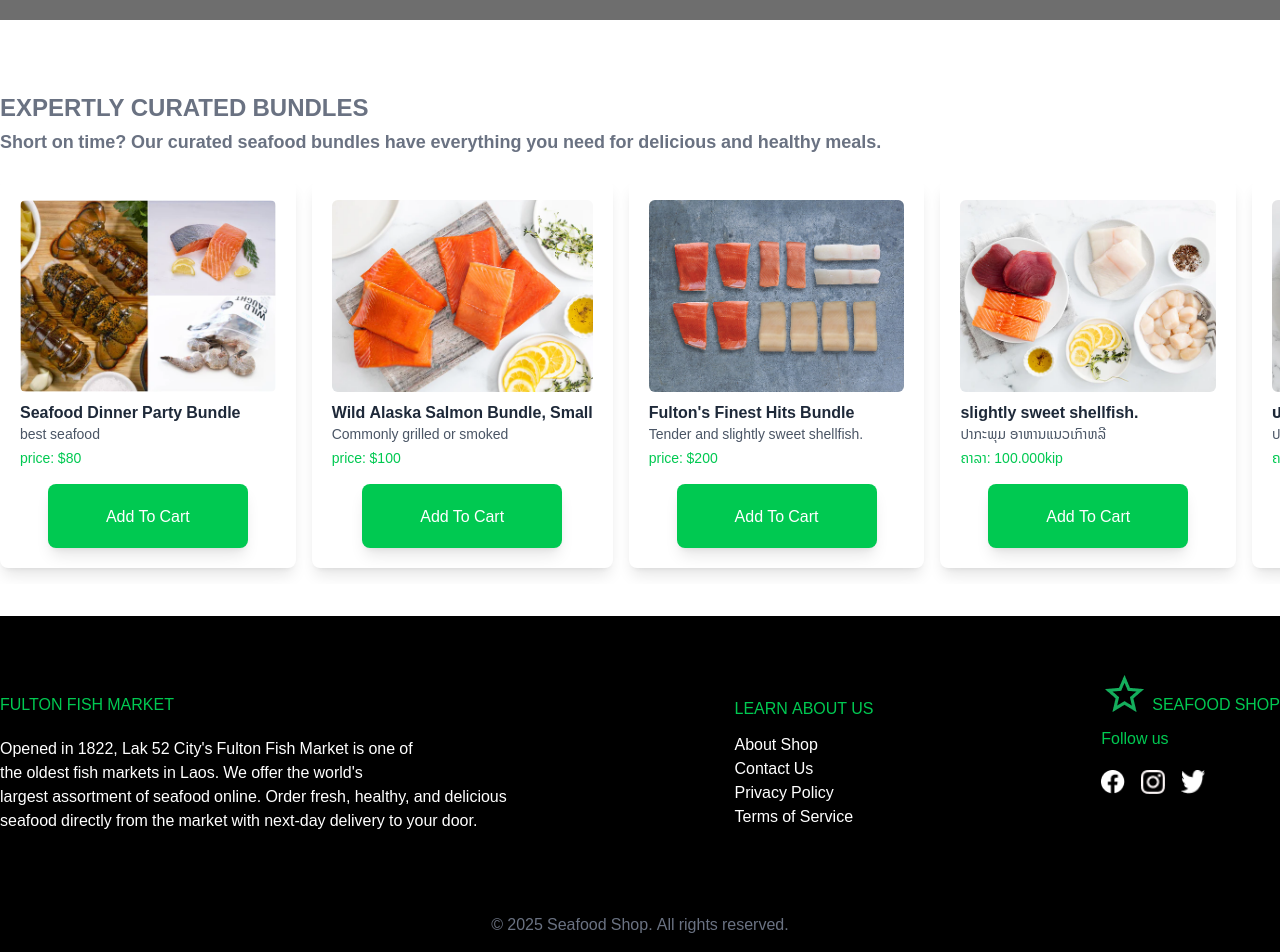
Repository: KongRucifer/SeaFood-Shop
Page: /modules/home/views
The author's editor kept a copy of each file at every save. The page is drawn from the files as they stood at one save, then again after the next save.
The browser window is 1280 px wide. The pictures show the part of the page from y = 2332 to 3284 px (the page is 3284 px tall).
Pictures or frames that could not be fetched are drawn as grey boxes. The project was rebuilt for these pictures with package versions that can differ from the ones it lists, and the page was loaded fresh each time. The framework's server and built-in components were replaced by stand-ins that run in the browser. Also part of the build but not shown: next.config.ts.

Above is the page before, as saved 2025-06-25 20:31:05.

### src/app/layout.tsx
import type { Metadata } from "next";
import { Geist, Geist_Mono } from "next/font/google";
import "./globals.css";
import Navbar from "@/app/components/Navbar";
import Footer from "@/app/components/Footer";
import { Noto_Sans_Lao } from 'next/font/google';
 const geistSans = Geist({
  variable: "--font-geist-sans",
  subsets: ["latin"],
});

const geistMono = Geist_Mono({
  variable: "--font-geist-mono",
  subsets: ["latin"],
});
const notoSansLao = Noto_Sans_Lao({
  subsets: ['lao'],
  weight: ['400', '700'],
  variable: '--font-noto-sans-lao',
  display: 'swap',
});
export const metadata: Metadata = {
  title: "ຮ້ານຂາຍອາຫານທະເລ - ໜ້າທຳອິດ | Seafood Shop",
  description:
    "ຮ້ານຂາຍອາຫານທະເລອອນໄລ ໜ້າທຳອິດ ລວມອາຫານທະເລຫຼາກຫຼາຍ ເຊັ່ນ ປາ, ປູ, ກຸ້ງ ແລະ ອາຫານທະເລອື່ນໆ ສາມາດສັ່ງຊື້ໃນເວັບໄຊໄດ້ ມີບໍລິການສົ່ງໄປເຖີງທີ່ ສາມາດເຮັດ ການໂອນເງິນ ທີ່ເວັບໄຊທ໌ຂອງພວກເຮົາ",
  keywords:
    "ອາຫານທະເລ ອອນໄລ, ຮ້ານຂາຍອາຫານທະເລ, ສັ່ງອາຫານທະເລ, ອາຫານທະເລສົ່ງໄວທັນໃຈ",
  authors: [{ name: "kong mong thao" }],
  publisher: "Super Shop SeaFood",
  robots: {
    index: true,
    follow: true,
  },
  openGraph: {
    title: "ຮ້ານຂາຍອາຫານທະເລ - ໜ້າທຳອິດ | Seafood Shop",
    description:
      "ສັ່ງຊື້ອາຫານທະເລ ລາຄາຖືກ ສົ່ງໄວ ທັນໃຈ ສາມາດໂອນເງີນ ປາຍທາງໄດ້",
    url: "http://localhost:3000/images/fish.jpeg",
    siteName: "Seafood Shop",
    locale: "th_TH",
    type: "website",
    images: [
      {
        url: "http://localhost:3000/images/myshopSeafood.jpeg",
        width: 1200,
        height: 630,
        alt: "Food Shop Image",
      },
    ],
  },
  twitter: {
    card: "summary_large_image",
    title: "ຮ້ານຂາຍອາຫານທະເລ - ໜ້າທຳອິດ | Seafood Shop",
    description:
      "ສັ່ງຊື້ອາຫານທະເລ ລາຄາຖືກ ສົ່ງໄວ ທັນໃຈ ມີບໍລິການໂອນເງີນ ປາຍທາງ",
    images: ["http://localhost:3000/images/seafood2.jpeg"],
  },
  alternates: {
    canonical: "https://yourdomain.com/",
  },

}
export const viewport = {
  width: 'device-width',
  initialScale: 1,
};
export default function RootLayout({
  children,
}: Readonly<{
  children: React.ReactNode;
}>) {
  return (
    <html lang="lo" className={notoSansLao.variable}>
      <body
        className={`${geistSans.variable} ${geistMono.variable} antialiased`}
      >
        <Navbar />
        {children}
        <Footer />
      </body>
    </html>
  );
}

### src/app/modules/home/views/page.tsx
import Banner from "@/app/modules/home/components/Banner.component";
import Best_Sellers from "@/app/modules/home/components/Best_Sellers.component";
import Popular_Shellfish from "@/app/modules/home/components/Popular_Shellfish.component";
import Fulton_Finsider from "@/app/modules/home/components/Fulton_Finsider.component";
import Healthy_Meals from "@/app/modules/home/components/Healthy_Meals.component";
export default function Home() {
  return (
    <div className="flex flex-col items-center justify-center ">
      <Banner />
      <Best_Sellers />
      <Popular_Shellfish />
      <Fulton_Finsider />
      <Healthy_Meals />
    </div>
  );
}

### src/app/globals.css
 @import "tailwindcss";
 body {
  font-family: var(--font-noto-sans-lao), sans-serif;
}
@keyframes upDown {
  0% {
    transform: translateY(0);
  }
  50% {
    transform: translateY(-10px);
  }
  100% {
    transform: translateY(0);
  }
}

.hover-updown:hover {
  animation: upDown 1s ease-in-out infinite;
}

### src/app/components/Navbar.tsx
import Link from "next/link";

export default async function Navbar() {
  return (
    <nav className="bg-white border-gray-200 dark:bg-gray-900 shadow-md fixed top-0 left-0 z-50 w-full">
      <div className="container mx-auto">
      <div className=" flex flex-wrap items-center justify-between  p-4">
        <div className="flex items-center">
          <img
            src="/images/lets-icons_shop.png"
            className="h-8 mr-3"
            alt="Seafood Shop Logo"
          />
          <span className="self-center text-2xl font-semibold whitespace-nowrap dark:text-white">
            Seafood Shop
          </span>
        </div>
        <div className="flex justify-center items-center md:order-2 gap-10">
          <Link href="/" className="-pb-1 border-b-2 border-transparent hover:border-green-500 transition">Home</Link>
          <Link href="/" className="-pb-1 border-b-2 border-transparent hover:border-green-500 transition">About Shop</Link>
          <Link href="/" className="-pb-1 border-b-2 border-transparent hover:border-green-500 transition">Contact Us</Link>
          <Link href="/" className="border border-green-500 text-green-500 px-4 py-2 rounded hover:bg-green-50 transition">
            Sign Up
          </Link>
          <Link href="/" className="border border-green-500 text-green-500 px-4 py-2 rounded hover:bg-green-50 transition">
            Sign In
          </Link>
        </div>
      </div>
      </div>
    </nav>
  );
}

### src/app/components/Footer.tsx

export default async function Footer() {
  return (
    <footer className="bg-black dark:bg-gray-900">
      <div className="max-w-screen-xl mx-auto container pt-4 pb-4 sm:items-center">
        <div>

        <div className="flex flex-col  md:flex-row justify-between  items-start md:items-center space-y-4 md:space-y-0 md:space-x-8 text-white mb-20 mt-15">
           <div>
             <h3 className="mb-5 text-green-500">FULTON FISH MARKET</h3>
           <div>
            <p className="text-md">Opened in 1822, Lak 52 City's Fulton Fish Market is one of  </p>
            <p className="text-md">the oldest fish markets in Laos. We offer the world&apos;s</p>
            <p className="text-md">largest assortment of seafood online. Order fresh, healthy, and delicious</p>
            <p className="text-md"> seafood directly from the market with next-day delivery to your door.</p>
           </div>
           </div>
           <div>
             <h3 className="mb-3 text-green-500 ">LEARN ABOUT US</h3>
           <div>
            <ul>
              <li className="cursor-pointer hover:text-gray-300 transition">About Shop</li>
              <li className="cursor-pointer hover:text-gray-300 transition" >Contact Us</li>
              <li className="cursor-pointer hover:text-gray-300 transition" >Privacy Policy</li>
              <li className="cursor-pointer hover:text-gray-300 transition">Terms of Service</li>
            </ul>
           </div>
           </div>
           <div className="xl:-mt-10 lg:-mt-10 sm:mt-10 md:-mt-13    ">
             <div className="mb-2 text-green-500 flex items-center gap-1"><img  src="/images/star.png" alt="no image star"  className="-mt-5" /><h3>SEAFOOD SHOP</h3></div>
           <div>
             <h3 className="mb-5 text-green-500 items-center">Follow us</h3>
              <ul className="flex space-x-4 content-center">
                <li>
                  <a href="https://www.facebook.com" target="_blank" rel="noopener noreferrer">
                    <img  src="/images/facebook.png"  alt="Facebook" className="w-6 h-6" />
                  </a>
                </li>
                <li>
                  <a href="https://www.instagram.com" target="_blank" rel="noopener noreferrer">
                    <img  src="/images/instagram.png"  alt="Instagram" className="w-6 h-6" />
                  </a>
                </li>
                <li>
                  <a href="https://www.twitter.com" target="_blank" rel="noopener noreferrer">
                    <img  src="/images/twitter.png"  alt="Twitter" className="w-6 h-6" />
                  </a>
                </li>
               </ul>
           </div>
           </div>
        </div>
        <div className="text-center text-gray-500 dark:text-gray-400">
          © {new Date().getFullYear()} Seafood Shop. All rights reserved.
        </div>
        </div>
      </div>
    </footer>
  ); }

### src/app/modules/home/components/Banner.component.tsx
import Image  from 'next/image';
export default async function Banner() {
  return (
    <div className="relative w-full h-130 r overflow-hidden mb-10">
  <img
    src="/images/food.jpg"
    alt="no image seafood"
    className="absolute inset-0 w-full h-full object-cover opacity-60"
  />
  <h1 className="relative z-10 flex items-center justify-center h-full text-4xl font-bold text-gray-700">
    Welcome to Seafood Shop
  </h1>
</div>
  );
}

### src/app/modules/home/components/Fulton_Finsider.component.tsx
import Image from "next/image";
export default async function Fulton_Finsider() {
  return (
    <div className="relative w-full h-[40rem] overflow-hidden mb-10">
      <div>
        <img
          src="/images/celender2.png"
          alt="Seafood background"
          className="absolute  w-full h-full object-cover"
        />
      </div>

      <div className="relative z-10 flex flex-col md:flex-row items-center justify-start h-full text-center px-4 md:px-10 text-gray-800 bg-black/30 ">
        <div className="max-w-sm  rounded-xl p-6 m-4 shadow-lg">
          <div className="w-20 h-20 bg-white rounded-full flex items-center justify-center mx-auto mb-4 shadow ">
            <img
              src="/images/puss.png"
              alt="Seafood Icon"
              className="w-12 h-12 hover-updown"
            />
          </div>
          <h2 className="text-xl font-semibold mb-2">Dive In & Explore</h2>
          <p className="text-sm mb-2 text-gray-300">
            Craving buttery scallops, sushi-grade tuna, or wild-caught salmon?
            We’ve got the best, chef-quality seafood ready for your table!
          </p>
          <p className="text-sm mb-4 font-medium text-white">
            Pro Tip: Not sure what to try first?
          </p>
          <button className="px-4 py-2 bg-white border border-gray-300 text-gray-600 rounded hover:bg-gray-100 transition">
            OUR BEST SELLERS
          </button>
        </div>

        <div className="max-w-sm  rounded-xl p-6 m-4 shadow-lg">
          <div className="w-20 h-20 bg-white rounded-full flex items-center justify-center mx-auto mb-4 shadow ">
            <img
              src="/images/pass.png"
              alt="Seafood Icon"
              className="w-12 h-12 hover-updown"
            />
          </div>
          <h2 className="text-xl font-semibold mb-2">Make Your Catch</h2>
          <p className="text-sm mb-2 text-gray-300">
            Love fresh seafood? Set it and forget it! Subscribe for savings, VIP
            perks, and exclusive gifts—no effort required!
          </p>
          <p className="text-sm mb-4 font-medium text-white">
            Save 15% or more on every order!
          </p>
          <button className="px-4 py-2 bg-white border border-gray-300 text-gray-600 rounded hover:bg-gray-100 transition">
            SUBSCRIBE & SAVE
          </button>
        </div>

        <div className="max-w-sm  rounded-xl p-6 m-4 shadow-lg">
          <div className="w-20 h-20 bg-white rounded-full flex items-center justify-center mx-auto mb-4 shadow ">
            <img
              src="/images/puss.png"
              alt="Seafood Icon"
              className="w-12 h-12 hover-updown"
            />
          </div>
          <h2 className="text-xl font-semibold mb-2">Reel It In</h2>
          <p className="text-sm mb-2 text-gray-300">
            Our seafood ships fast, freshly-frozen, and packed with care in
            eco-friendly materials. No more guessing how long that store-bought
            fish has been hanging around!
          </p>
          <p className="text-sm mb-4 font-medium text-white">
            Worried about cooking? Don’t be!
          </p>
          <button className="px-4 py-2 bg-white border border-gray-300 text-gray-600 rounded hover:bg-gray-100 transition">
            TIPS & RECIPES
          </button>
        </div>
      </div>
    </div>
  );
}

### src/app/modules/home/components/Healthy_Meals.component.tsx
import Image from "next/image";
export default async function Healthy_Meals() {
  return (
    <div className="container mx-auto py-8">
      <div>
        <h1 className="text-2xl font-bold mb-1 text-gray-500 ">
          EXPERTLY CURATED BUNDLES
        </h1>
        <h2 className="text-lg font-bold mb-6 text-gray-500 ">
          Short on time? Our curated seafood bundles have everything you need
          for delicious and healthy meals.
        </h2>
      </div>
      <div className="flex overflow-x-auto space-x-4 pb-4">
        {/* Card 1 */}
        <div className="min-w-[200px] flex-shrink-0 bg-white rounded-lg shadow-lg p-5 transform transition duration-300 hover:scale-105">
          <div>
            <img
              src="/images/shak.webp"
              alt="Seafood Dish 1"
              className="w-full h-48 object-cover rounded-md transition-transform duration-500 ease-in-out group-hover:scale-105"
            />
          </div>
          <div className="mt-2">
            <h4 className="font-semibold text-gray-800">Seafood Dinner Party Bundle</h4>
            <p className="text-sm text-gray-600">best seafood</p>
            <p className="text-sm text-green-500 mt-1">price: $80</p>
          </div>
          <div className="flex justify-center mt-4">
            <button className="min-w-[200px] flex-shrink-0  rounded-lg shadow-lg p-5 cursor-pointer bg-green-500 hover:bg-green-700 text-white transform transition duration-300 hover:scale-105">
              Add To Cart
            </button>
          </div>
        </div>

        {/* Card 2 */}
        <div className="min-w-[200px] flex-shrink-0 bg-white rounded-lg shadow-lg p-5 transform transition duration-300 hover:scale-105">
          <div>
            <img
              src="/images/xaspus.webp"
              alt="Seafood Dish 2"
              className="w-full h-48 object-cover rounded-md"
            />
          </div>
          <div className="mt-2">
            <h4 className="font-semibold text-gray-800">Wild Alaska Salmon Bundle, Small</h4>
            <p className="text-sm text-gray-600">Commonly grilled or smoked</p>
            <p className="text-sm text-green-500 mt-1">price: $100</p>
          </div>
          <div className="flex justify-center mt-4">
            <button className="min-w-[200px] flex-shrink-0  rounded-lg shadow-lg p-5 cursor-pointer bg-green-500 hover:bg-green-700 text-white transform transition duration-300 hover:scale-105">
              Add To Cart
            </button>
          </div>
        </div>

        {/* Card 3 */}
        <div className="min-w-[200px] flex-shrink-0 bg-white rounded-lg shadow-lg p-5 transform transition duration-300 hover:scale-105">
          <div>
            <img
              src="/images/xibxus.jpg"
              alt="Seafood Dish 3"
              className="w-full h-48 object-cover rounded-md"
            />
          </div>
          <div className="mt-2">
            <h4 className="font-semibold text-gray-800">Fulton's Finest Hits Bundle</h4>
            <p className="text-sm text-gray-600">Tender and slightly sweet shellfish.</p>
            <p className="text-sm text-green-500 mt-1">price: $200</p>
          </div>
          <div className="flex justify-center mt-4">
            <button className="min-w-[200px] flex-shrink-0  rounded-lg shadow-lg p-5 cursor-pointer bg-green-500 hover:bg-green-700 text-white transform transition duration-300 hover:scale-105">
              Add To Cart
            </button>
          </div>
        </div>
        {/* Card 4 */}

        <div className="min-w-[200px] flex-shrink-0 bg-white rounded-lg shadow-lg p-5 transform transition duration-300 hover:scale-105">
          <div>
            <img
              src="/images/xusxib.webp"
              alt="Seafood Dish 3"
              className="w-full h-48 object-cover rounded-md"
            />
          </div>
          <div className="mt-2">
            <h4 className="font-semibold text-gray-800">slightly sweet shellfish.</h4>
            <p className="text-sm text-gray-600">ປາກະພຸມ ອາຫານແນວເກົາຫລີ</p>
            <p className="text-sm text-green-500 mt-1">ຄາລາ: 100.000kip</p>
          </div>
          <div className="flex justify-center mt-4">
            <button className="min-w-[200px] flex-shrink-0  rounded-lg shadow-lg p-5 cursor-pointer bg-green-500 hover:bg-green-700 text-white transform transition duration-300 hover:scale-105">
              Add To Cart
            </button>
          </div>
        </div>
        {/* Card 5 */}

        <div className="min-w-[200px] flex-shrink-0 bg-white rounded-lg shadow-lg p-5 transform transition duration-300 hover:scale-105">
          <div>
            <img
              src="/images/content3food.webp"
              alt="Seafood Dish 3"
              className="w-full h-48 object-cover rounded-md"
            />
          </div>
          <div className="mt-2">
            <h4 className="font-semibold text-gray-800">ປາກະພຸມ</h4>
            <p className="text-sm text-gray-600">ປາກະພຸມ ອາຫານແນວເກົາຫລີ</p>
            <p className="text-sm text-green-500 mt-1">ຄາລາ: 100.000kip</p>
          </div>
          <div className="flex justify-center mt-4">
            <button className="min-w-[200px] flex-shrink-0  rounded-lg shadow-lg p-5 cursor-pointer bg-green-500 hover:bg-green-700 text-white transform transition duration-300 hover:scale-105">
              Add To Cart
            </button>
          </div>
        </div>
      </div>
    </div>
  );
}

Loaded but not shown: src/app/modules/home/components/Best_Sellers.component.tsx (129 lines, source omitted); src/app/modules/home/components/Popular_Shellfish.component.tsx (121 lines, source omitted)

After the next save:
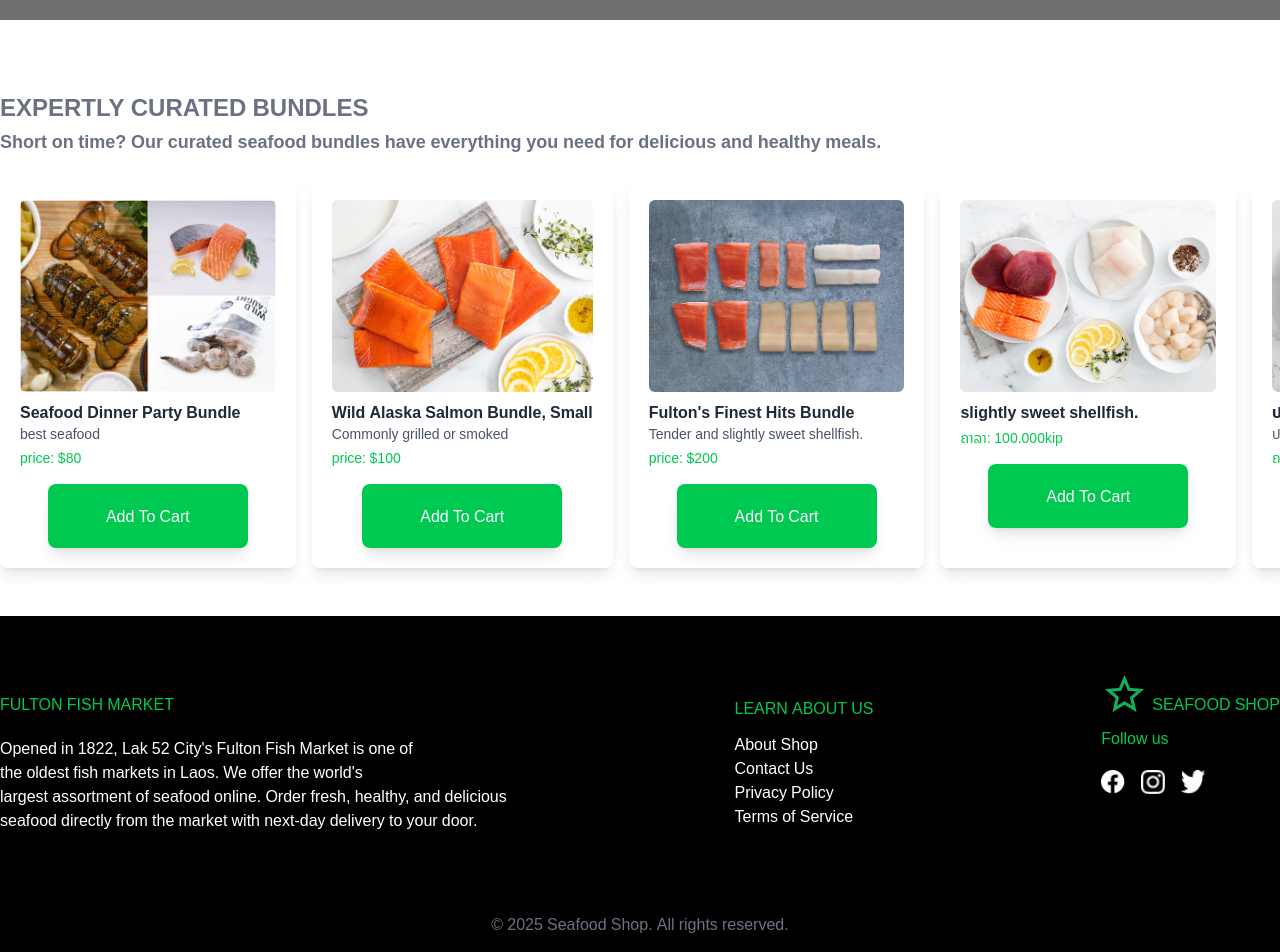
Saved 5 s later.
--- a/src/app/modules/home/components/Healthy_Meals.component.tsx
+++ b/src/app/modules/home/components/Healthy_Meals.component.tsx
@@ -86,7 +86,7 @@
           </div>
           <div className="mt-2">
             <h4 className="font-semibold text-gray-800">slightly sweet shellfish.</h4>
-            <p className="text-sm text-gray-600">ປາກະພຸມ ອາຫານແນວເກົາຫລີ</p>
+            <p className="text-sm text-gray-600"></p>
             <p className="text-sm text-green-500 mt-1">ຄາລາ: 100.000kip</p>
           </div>
           <div className="flex justify-center mt-4">
